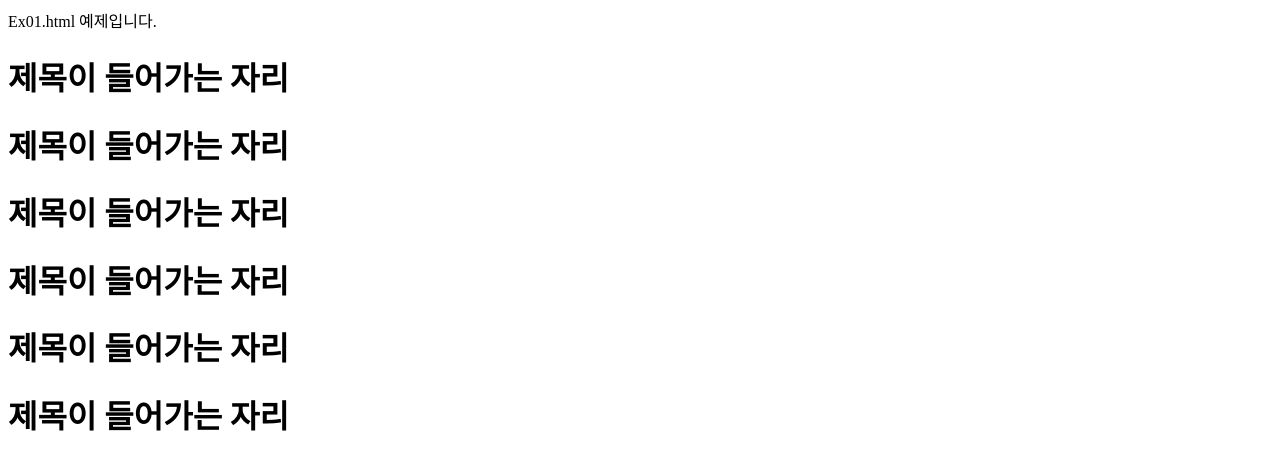
Repository: song-bean/Web_song
Page: 01_HTML/src/main/webapp/Ex01.html
An editor plug-in stored every save of this project. The page is shown before and after the next save, followed by the edit.
The browser window is 1280 px wide. The pictures show the whole page.

Above is the page before, as saved 2023-02-22 00:30:31.

After the next save:
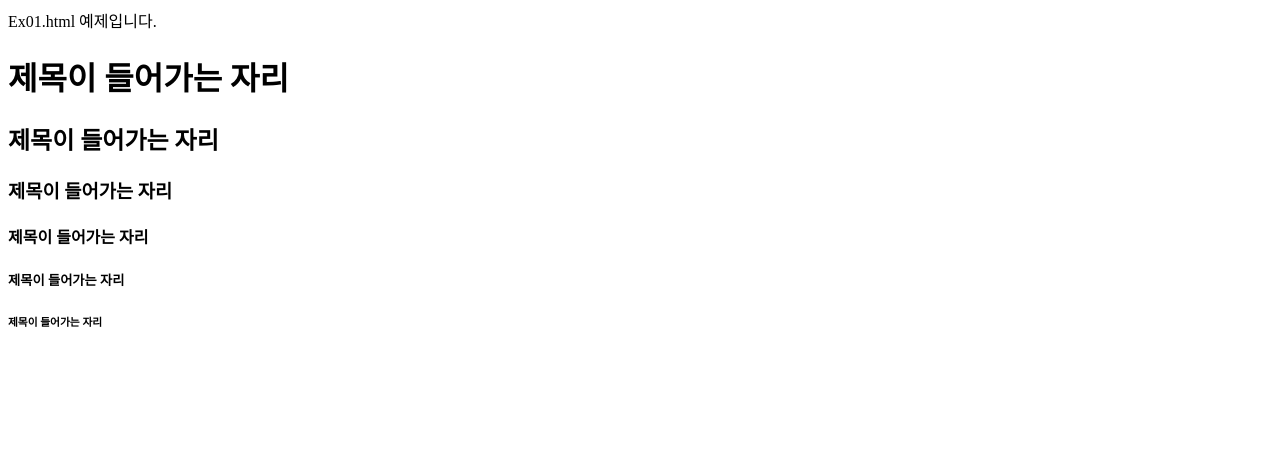
Saved 24 s later.
--- a/01_HTML/src/main/webapp/Ex01.html
+++ b/01_HTML/src/main/webapp/Ex01.html
@@ -7,10 +7,10 @@
 <body>
 	Ex01.html 예제입니다.<br> <!-- 주석 <br>은 줄 바꿈 -->
 	<h1>제목이 들어가는 자리</h1> <!-- h1크기로 글자 설정 -->
-	<h1>제목이 들어가는 자리</h1>
-	<h1>제목이 들어가는 자리</h1>
-	<h1>제목이 들어가는 자리</h1>
-	<h1>제목이 들어가는 자리</h1>
-	<h1>제목이 들어가는 자리</h1>
+	<h2>제목이 들어가는 자리</h2>
+	<h3>제목이 들어가는 자리</h3>
+	<h4>제목이 들어가는 자리</h4>
+	<h5>제목이 들어가는 자리</h5>
+	<h6>제목이 들어가는 자리</h6>
 </body>
 </html>
